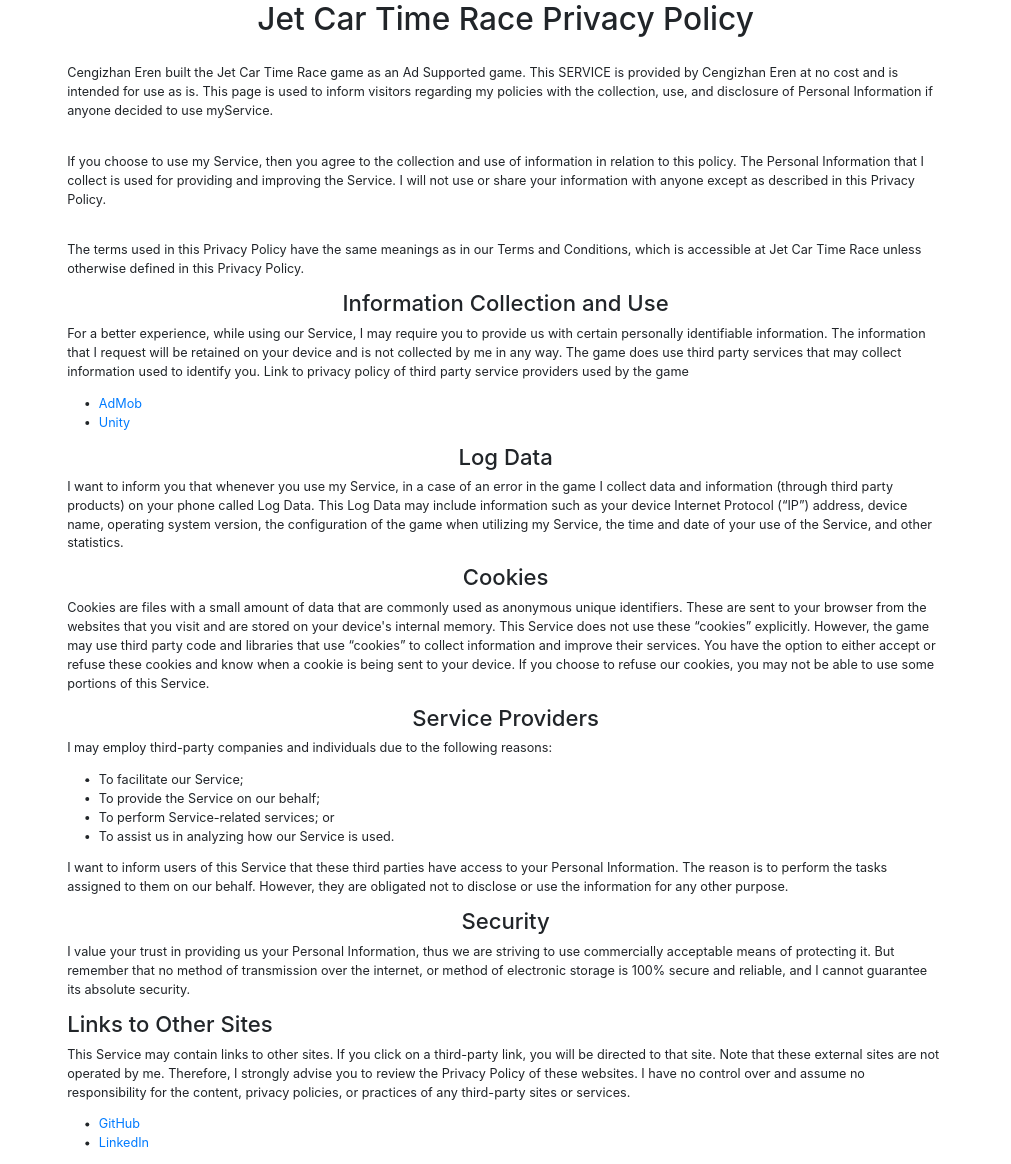
Repository: CengoCengo/cengocengo.github.io
Page: jetcartimeraceprivacypolicy.html
The author's editor kept a copy of each file at every save. The page is drawn from the files as they stood at one save, then again after the next save.
The browser window is 1280 px wide. The pictures show the whole page, at 79% of full size.

Above is the page before, as saved 2022-10-11 14:49:26.

After the next save:
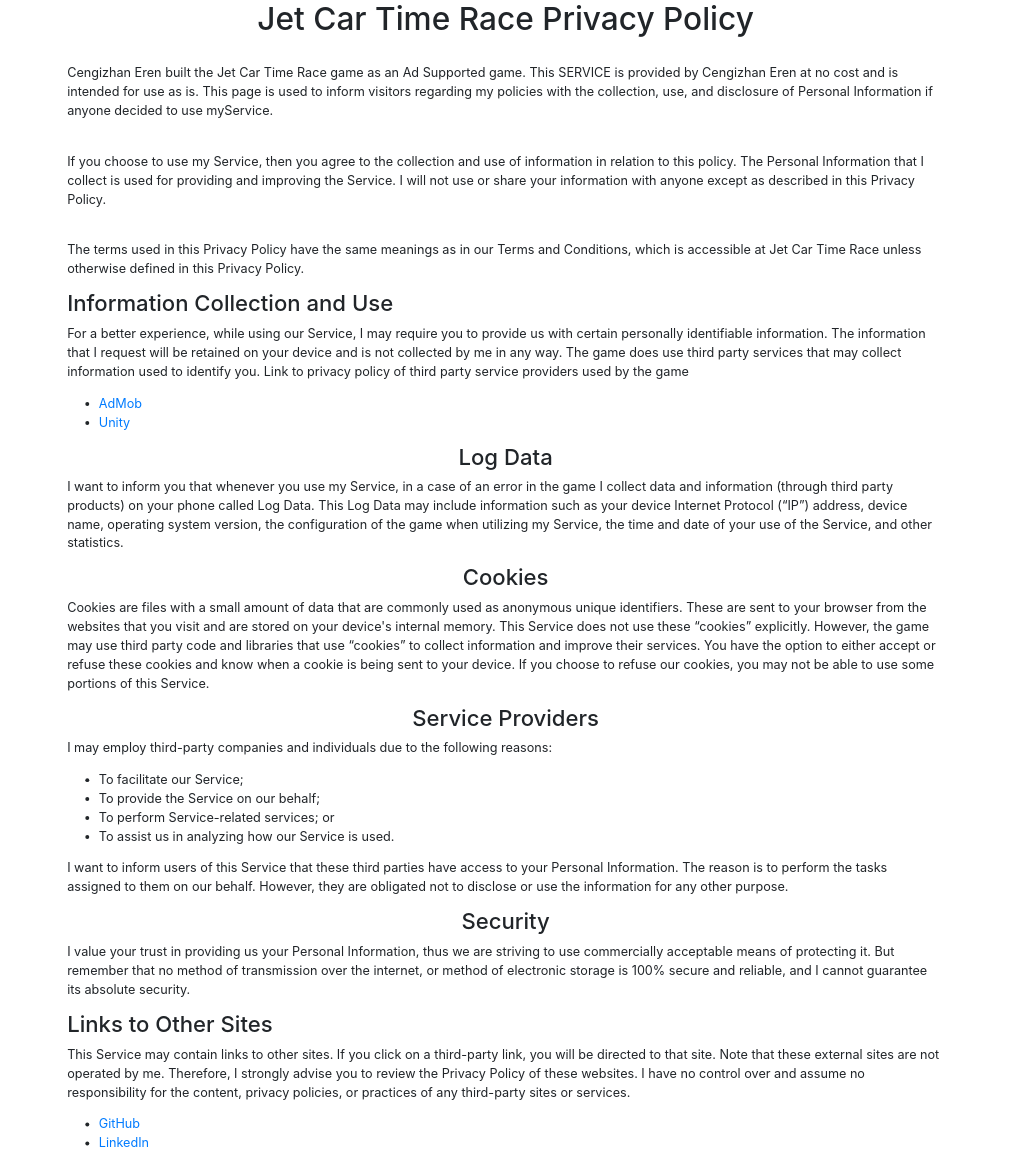
Saved 13 s later.
--- a/jetcartimeraceprivacypolicy.html
+++ b/jetcartimeraceprivacypolicy.html
@@ -43,7 +43,7 @@
 otherwise defined in this Privacy Policy.
                         </p>
 
-                        <h3 class="text-center" >
+                        <h3  >
                             Information Collection and Use
                         </h3>
 
